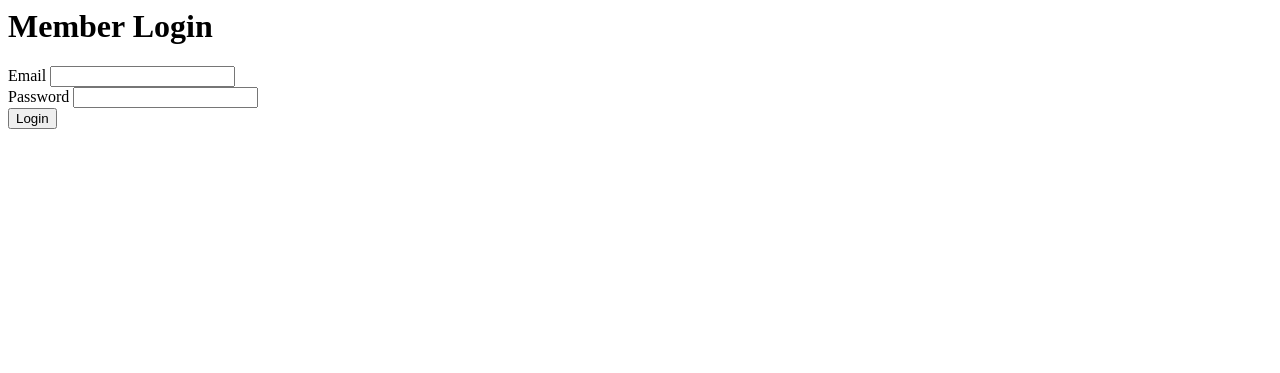
Repository: HBDSolutions/highstreetgym
Page: http://localhost/highstreetgym/views/auth/login.php
These files come from the project's save history. The page is drawn as it stood at one moment and after the next save; the edit follows.
The browser window is 1280 px wide. The pictures show the whole page.
The page is run by PHP 8.4 with error messages shown; the project is at /var/www/html/.

Above is the page before, as saved 2025-10-30 16:53:55.

### views/auth/login.php
<h1 class="mb-3">Member Login</h1>
<form method="post" action="/highstreetgym/controllers/authcontroller.php" class="row g-3">
  <div class="col-md-6">
    <label class="form-label">Email</label>
    <input type="email" name="email" class="form-control" required>
  </div>
  <div class="col-md-6">
    <label class="form-label">Password</label>
    <input type="password" name="password" class="form-control" required>
  </div>
  <div class="col-12">
    <button type="submit" class="btn btn-primary">Login</button>
  </div>
</form>

After the next save:
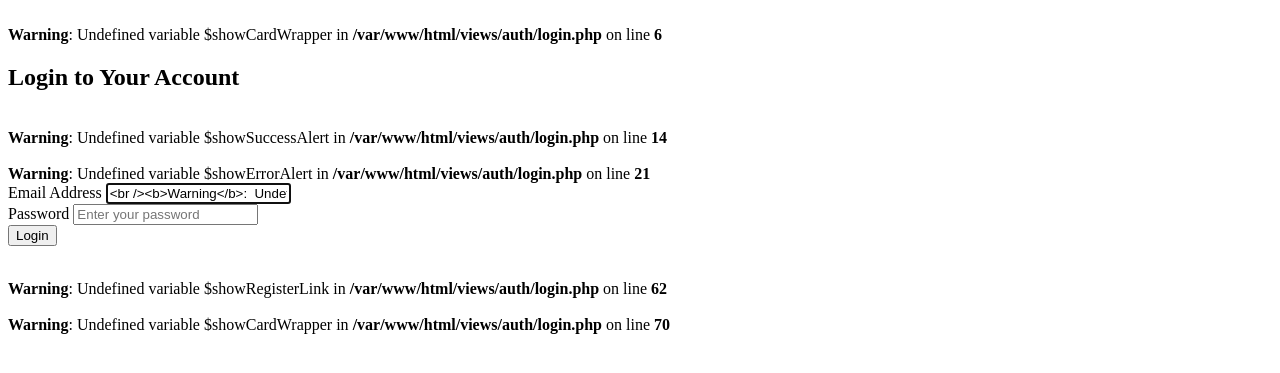
Saved 63 s later.
--- a/views/auth/login.php
+++ b/views/auth/login.php
@@ -1,14 +1,77 @@
-<h1 class="mb-3">Member Login</h1>
-<form method="post" action="/highstreetgym/controllers/authcontroller.php" class="row g-3">
-  <div class="col-md-6">
-    <label class="form-label">Email</label>
-    <input type="email" name="email" class="form-control" required>
-  </div>
-  <div class="col-md-6">
-    <label class="form-label">Password</label>
-    <input type="password" name="password" class="form-control" required>
-  </div>
-  <div class="col-12">
-    <button type="submit" class="btn btn-primary">Login</button>
-  </div>
-</form>
+<!-- Login Content View -->
+<div class="container mt-5">
+    <div class="row justify-content-center">
+        <div class="col-md-6 col-lg-5">
+
+            <?php if ($showCardWrapper): ?>
+            <div class="card shadow">
+                <div class="card-body p-4">
+            <?php endif; ?>
+
+                    <h2 class="text-center mb-4">Login to Your Account</h2>
+
+                    <!-- Success Alert -->
+                    <?php if ($showSuccessAlert): ?>
+                        <div class="alert alert-success">
+                            <i class="bi bi-check-circle"></i> <?= htmlspecialchars($successMessageText) ?>
+                        </div>
+                    <?php endif; ?>
+
+                    <!-- Error Alert -->
+                    <?php if ($showErrorAlert): ?>
+                        <div class="alert alert-danger">
+                            <i class="bi bi-exclamation-triangle"></i> <?= htmlspecialchars($errorMessage) ?>
+                        </div>
+                    <?php endif; ?>
+
+                    <!-- Login Form -->
+                    <form method="POST" action="<?= htmlspecialchars($formAction) ?>">
+                        <input type="hidden" name="redirect" value="<?= htmlspecialchars($_GET['redirect'] ?? '/highstreetgym/controllers/content/home_controller.php') ?>">
+
+                        <div class="mb-3">
+                            <label for="email" class="form-label">Email Address</label>
+                            <input
+                                type="email"
+                                class="form-control"
+                                id="email"
+                                name="email"
+                                value="<?= htmlspecialchars($previousEmail) ?>"
+                                placeholder="your.email@example.com"
+                                required
+                                autofocus>
+                        </div>
+
+                        <div class="mb-3">
+                            <label for="password" class="form-label">Password</label>
+                            <input
+                                type="password"
+                                class="form-control"
+                                id="password"
+                                name="password"
+                                placeholder="Enter your password"
+                                required>
+                        </div>
+
+                        <div class="d-grid">
+                            <button type="submit" class="btn btn-success btn-lg">
+                                <i class="bi bi-box-arrow-in-right"></i> Login
+                            </button>
+                        </div>
+                    </form>
+
+                    <?php if ($showRegisterLink): ?>
+                        <div class="text-center mt-3">
+                            <p class="mb-0">Don't have an account?
+                                <a href="/highstreetgym/controllers/auth/register_controller.php">Register here</a>
+                            </p>
+                        </div>
+                    <?php endif; ?>
+
+            <?php if ($showCardWrapper): ?>
+                </div>
+            </div>
+            <?php endif; ?>
+
+        </div>
+    </div>
+</div>
